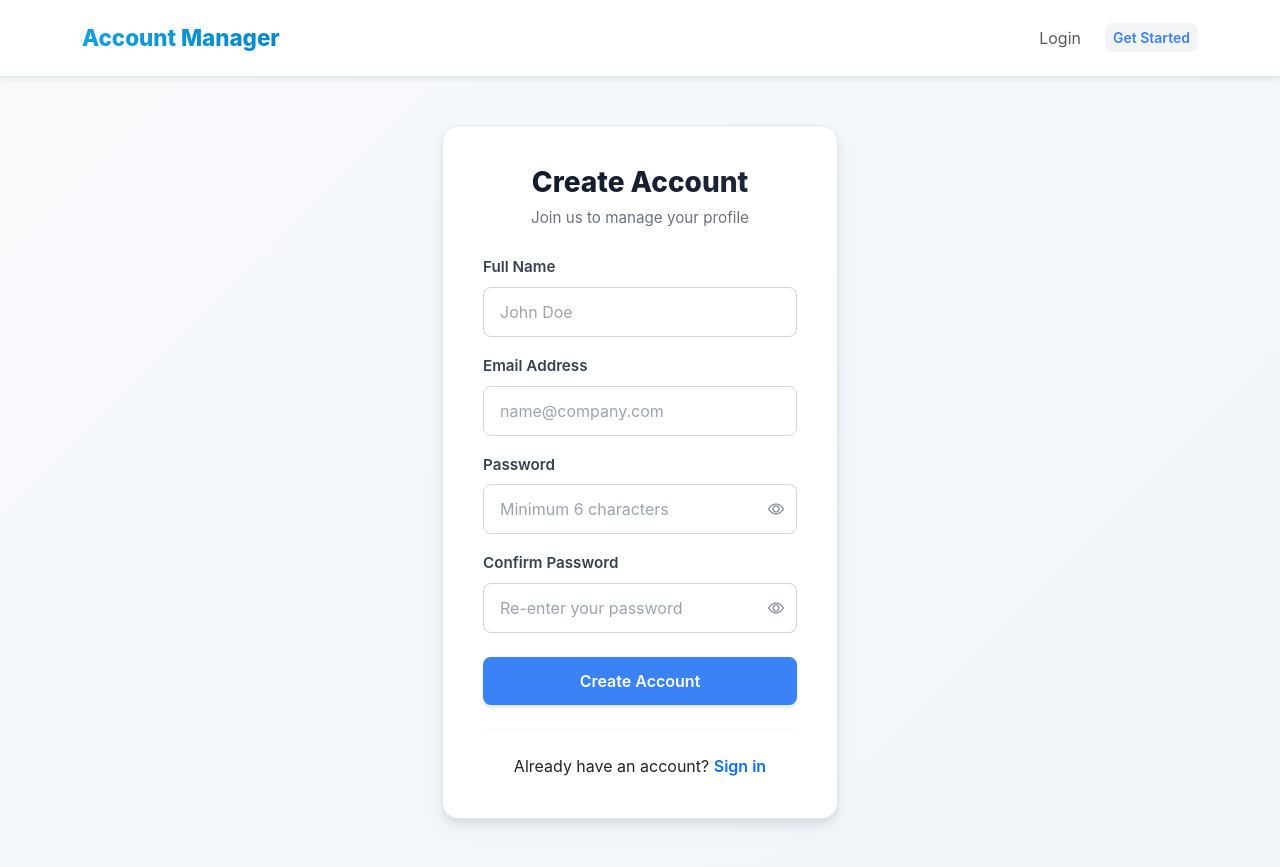
Repository: dharmik2910/Chaintech-Account-Manager
Page: /register
These files come from the project's save history. The page is drawn as it stood at one moment and after the next save; the edit follows.
The browser window is 1280 px wide. The pictures show the whole page.
The project was rebuilt for these pictures with package versions that can differ from the ones it lists, and the page was loaded fresh each time. Also part of the build but not shown: vite.config.js, src/pages/AccountPage.jsx, src/pages/LoginPage.jsx.

Above is the page before, as saved 2025-12-16 20:24:38.

### index.html
<!doctype html>
<html lang="en">
  <head>
    <meta charset="UTF-8" />
    <link rel="icon" type="image/svg+xml" href="/vite.svg" />
    <meta name="viewport" content="width=device-width, initial-scale=1.0" />
    <!-- Bootstrap Icons for simple eye / eye-slash icons -->
    <link
      rel="stylesheet"
      href="https://cdn.jsdelivr.net/npm/bootstrap-icons@1.11.3/font/bootstrap-icons.min.css"
    />
    <title>chaintech</title>
  </head>
  <body>
    <div id="root"></div>
    <script type="module" src="/src/main.jsx"></script>
  </body>
</html>

### src/main.jsx
import { StrictMode } from 'react'
import { createRoot } from 'react-dom/client'
import { BrowserRouter } from 'react-router-dom'
import 'bootstrap/dist/css/bootstrap.min.css'
import './index.css'
import App from './App.jsx'
import { AuthProvider } from './AuthContext.jsx'

createRoot(document.getElementById('root')).render(
  <StrictMode>
    <BrowserRouter>
      <AuthProvider>
        <App />
      </AuthProvider>
    </BrowserRouter>
  </StrictMode>,
)

### src/index.css
* {
  -webkit-font-smoothing: antialiased;
  -moz-osx-font-smoothing: grayscale;
}

body {
  margin: 0;
  min-height: 100vh;
  font-family: -apple-system, BlinkMacSystemFont, 'Segoe UI', 'Roboto', 'Oxygen',
    'Ubuntu', 'Cantarell', 'Fira Sans', 'Droid Sans', 'Helvetica Neue',
    sans-serif;
  background-color: #f5f6fa;
  color: #1f2937;
}

### src/App.jsx
import { Link, Navigate, Route, Routes, useNavigate } from 'react-router-dom'
import './App.css'
import { useAuth } from './AuthContext.jsx'
import AccountPage from './pages/AccountPage.jsx'
import LoginPage from './pages/LoginPage.jsx'
import RegisterPage from './pages/RegisterPage.jsx'

// Simple layout with a top navbar
function Layout({ children }) {
  const { currentUser, logout } = useAuth()
  const navigate = useNavigate()

  const handleLogout = () => {
    logout()
    navigate('/login')
  }

  return (
    <div className="app-root">
      <nav className="navbar navbar-expand-lg">
        <div className="container">
          <Link className="navbar-brand" to="/">
            Account Manager
          </Link>
          <button
            className="navbar-toggler"
            type="button"
            data-bs-toggle="collapse"
            data-bs-target="#mainNavbar"
            aria-controls="mainNavbar"
            aria-expanded="false"
            aria-label="Toggle navigation"
          >
            <span className="navbar-toggler-icon" />
          </button>
          <div className="collapse navbar-collapse" id="mainNavbar">
            <ul className="navbar-nav ms-auto align-items-lg-center gap-lg-2">
              {currentUser ? (
                <>
                  <li className="nav-item me-lg-2">
                    <span className="navbar-text small">Signed in as {currentUser.name}</span>
                  </li>
                  <li className="nav-item mt-2 mt-lg-0">
                    <button className="btn btn-outline-light btn-sm" onClick={handleLogout}>
                      Logout
                    </button>
                  </li>
                </>
              ) : (
                <>
                  <li className="nav-item">
                    <Link className="nav-link" to="/login">
                      Login
                    </Link>
                  </li>
                  <li className="nav-item">
                    <Link className="btn btn-light btn-sm ms-lg-2 mt-2 mt-lg-0" to="/register">
                      Get Started
                    </Link>
                  </li>
                </>
              )}
            </ul>
          </div>
        </div>
      </nav>

      <main className="app-main">
        <div className="container">{children}</div>
      </main>
    </div>
  )
}

// Protect routes that require authentication
function PrivateRoute({ children }) {
  const { currentUser, initialised } = useAuth()

  if (!initialised) {
    return (
      <div className="text-center mt-5">
        <div className="spinner-border text-primary" role="status">
          <span className="visually-hidden">Loading...</span>
        </div>
      </div>
    )
  }

  if (!currentUser) {
    return <Navigate to="/login" replace />
  }

  return children
}

function App() {
  return (
    <Layout>
      <Routes>
        <Route path="/" element={<Navigate to="/account" replace />} />
        <Route path="/login" element={<LoginPage />} />
        <Route path="/register" element={<RegisterPage />} />
        <Route
          path="/account"
          element={
            <PrivateRoute>
              <AccountPage />
            </PrivateRoute>
          }
        />
        <Route path="*" element={<Navigate to="/" replace />} />
      </Routes>
    </Layout>
  )
}

export default App

### src/AuthContext.jsx
import { createContext, useContext, useEffect, useState } from 'react'

// Key used to store users and current session in localStorage
const STORAGE_KEY = 'account_manager_users'
const CURRENT_USER_KEY = 'account_manager_current_user'

const AuthContext = createContext(null)

// Simple helper to read users from localStorage
function loadUsers() {
  try {
    const raw = localStorage.getItem(STORAGE_KEY)
    if (!raw) return []
    return JSON.parse(raw)
  } catch {
    return []
  }
}

// Simple helper to write users to localStorage
function saveUsers(users) {
  localStorage.setItem(STORAGE_KEY, JSON.stringify(users))
}

// Simple helper to read current user from localStorage
function loadCurrentUser() {
  try {
    const raw = localStorage.getItem(CURRENT_USER_KEY)
    if (!raw) return null
    return JSON.parse(raw)
  } catch {
    return null
  }
}

// Simple helper to write current user to localStorage
function saveCurrentUser(user) {
  if (!user) {
    localStorage.removeItem(CURRENT_USER_KEY)
  } else {
    localStorage.setItem(CURRENT_USER_KEY, JSON.stringify(user))
  }
}

export function AuthProvider({ children }) {
  const [users, setUsers] = useState([])
  const [currentUser, setCurrentUser] = useState(null)
  const [initialised, setInitialised] = useState(false)

  // Load any existing data when the app first mounts
  useEffect(() => {
    const storedUsers = loadUsers()
    const storedCurrentUser = loadCurrentUser()
    setUsers(storedUsers)
    setCurrentUser(storedCurrentUser)
    setInitialised(true)
  }, [])

  // Register a new account
  const register = ({ name, email, password }) => {
    // Basic duplicate email check
    const existing = users.find((u) => u.email.toLowerCase() === email.toLowerCase())
    if (existing) {
      throw new Error('An account with this email already exists.')
    }

    const newUser = {
      id: Date.now().toString(),
      name,
      email,
      password,
    }

    const updatedUsers = [...users, newUser]
    setUsers(updatedUsers)
    saveUsers(updatedUsers)

    // Automatically log the user in after registration
    setCurrentUser(newUser)
    saveCurrentUser(newUser)
  }

  // Log in with an existing account
  const login = ({ email, password }) => {
    const user = users.find(
      (u) => u.email.toLowerCase() === email.toLowerCase() && u.password === password,
    )
    if (!user) {
      throw new Error('Invalid email or password.')
    }
    setCurrentUser(user)
    saveCurrentUser(user)
  }

  // Log out the current user
  const logout = () => {
    setCurrentUser(null)
    saveCurrentUser(null)
  }

  // Update the current user's profile
  const updateProfile = ({ name, email, password }) => {
    if (!currentUser) return

    // Make sure we are not taking another user's email
    const emailTakenByAnother = users.find(
      (u) => u.email.toLowerCase() === email.toLowerCase() && u.id !== currentUser.id,
    )
    if (emailTakenByAnother) {
      throw new Error('Another account is already using this email.')
    }

    const updatedUser = {
      ...currentUser,
      name,
      email,
      password: password || currentUser.password, // Keep old password if none provided
    }

    const updatedUsers = users.map((u) => (u.id === currentUser.id ? updatedUser : u))
    setUsers(updatedUsers)
    saveUsers(updatedUsers)
    setCurrentUser(updatedUser)
    saveCurrentUser(updatedUser)
  }

  // Delete the current user's account
  const deleteAccount = () => {
    if (!currentUser) return

    const updatedUsers = users.filter((u) => u.id !== currentUser.id)
    setUsers(updatedUsers)
    saveUsers(updatedUsers)
    setCurrentUser(null)
    saveCurrentUser(null)
  }

  const value = {
    initialised,
    users,
    currentUser,
    register,
    login,
    logout,
    updateProfile,
    deleteAccount,
  }

  return <AuthContext.Provider value={value}>{children}</AuthContext.Provider>
}

export function useAuth() {
  const ctx = useContext(AuthContext)
  if (!ctx) {
    throw new Error('useAuth must be used within an AuthProvider')
  }
  return ctx
}

### src/App.css
.app-root {
  min-height: 100vh;
  display: flex;
  flex-direction: column;
  background: linear-gradient(135deg, #f8fafc 0%, #f1f5f9 100%);
}

.app-main {
  flex: 1;
  display: flex;
  align-items: center;
  justify-content: center;
  padding: 3rem 1rem;
}

.auth-wrapper {
  width: 100%;
  max-width: 420px;
  animation: fadeInUp 0.6s ease-out;
}

.account-wrapper {
  width: 100%;
  max-width: 620px;
  animation: fadeInUp 0.6s ease-out;
}

@keyframes fadeInUp {
  from {
    opacity: 0;
    transform: translateY(20px);
  }
  to {
    opacity: 1;
    transform: translateY(0);
  }
}

.card {
  border-radius: 16px;
  border: 1px solid #e2e8f0;
  box-shadow: 0 4px 6px rgba(0, 0, 0, 0.07), 0 10px 20px rgba(0, 0, 0, 0.05);
  transition: all 0.3s ease;
  background-color: white;
  overflow: hidden;
}

.card:hover {
  box-shadow: 0 12px 24px rgba(0, 0, 0, 0.1);
  transform: translateY(-4px);
}

.card-body {
  padding: 2.5rem;
}

.card-title {
  font-weight: 800;
  font-size: 1.75rem;
  background: linear-gradient(135deg, #0f172a 0%, #1e293b 100%);
  -webkit-background-clip: text;
  -webkit-text-fill-color: transparent;
  background-clip: text;
  margin-bottom: 0.5rem;
}

.navbar {
  background: white;
  box-shadow: 0 2px 8px rgba(0, 0, 0, 0.08);
  border-bottom: 1px solid #e2e8f0;
  padding: 1rem 0;
}

.navbar-brand {
  font-weight: 800;
  font-size: 1.4rem;
  background: linear-gradient(135deg, #0ea5e9 0%, #0284c7 100%);
  -webkit-background-clip: text;
  -webkit-text-fill-color: transparent;
  background-clip: text;
}

.navbar-text {
  color: #475569 !important;
  font-weight: 600;
  font-size: 0.95rem;
}

.form-label {
  font-weight: 600;
  color: #374151;
  margin-bottom: 0.5rem;
  font-size: 0.95rem;
}

.form-control {
  border-radius: 8px;
  border: 1.5px solid #d1d5db;
  padding: 0.75rem 1rem;
  font-size: 1rem;
  transition: all 0.3s ease;
  background-color: white;
}

.form-control:focus {
  background-color: white;
  border-color: #3b82f6;
  box-shadow: 0 0 0 3px rgba(59, 130, 246, 0.1);
}

.form-control.is-invalid {
  border-color: #dc2626;
}

.form-control.is-invalid:focus {
  border-color: #dc2626;
  box-shadow: 0 0 0 3px rgba(220, 38, 38, 0.1);
}

.invalid-feedback {
  color: #dc2626;
  font-size: 0.875rem;
  margin-top: 0.375rem;
  font-weight: 500;
  display: block;
}

.form-control::placeholder {
  color: #9ca3af;
}

.btn-primary {
  background-color: #3b82f6;
  border: none;
  border-radius: 8px;
  padding: 0.75rem 1.5rem;
  font-weight: 600;
  font-size: 1rem;
  transition: all 0.3s ease;
  box-shadow: 0 2px 4px rgba(59, 130, 246, 0.2);
}

.btn-primary:hover:not(:disabled) {
  background-color: #2563eb;
  box-shadow: 0 4px 8px rgba(59, 130, 246, 0.3);
}

.btn-primary:active:not(:disabled) {
  background-color: #1d4ed8;
}

.btn-primary:disabled {
  opacity: 0.6;
  cursor: not-allowed;
}

.btn-outline-light {
  border-radius: 8px;
  font-weight: 600;
  transition: all 0.3s ease;
  color: #1f2937 !important;
  border: 1.5px solid #d1d5db;
  background-color: transparent;
}

.btn-outline-light:hover {
  background-color: #f9fafb;
  border-color: #9ca3af;
}

.btn-light {
  border-radius: 8px;
  font-weight: 600;
  transition: all 0.3s ease;
  background-color: #f3f4f6;
  color: #3b82f6 !important;
  border: none;
}

.btn-light:hover {
  background-color: #e5e7eb;
}

.input-group .form-control {
  border-radius: 8px 0 0 8px;
}

.password-toggle-btn {
  border-color: #d1d5db;
  background-color: white;
  color: #6b7280;
  border: 1.5px solid #d1d5db;
  border-left: none;
  border-radius: 0 8px 8px 0;
  transition: all 0.3s ease;
}

.password-toggle-btn:hover,
.password-toggle-btn:focus {
  border-color: #3b82f6;
  background-color: #f0f9ff;
  color: #3b82f6;
  box-shadow: none;
}

.password-toggle-btn .bi {
  font-size: 1rem;
}

.alert {
  border-radius: 8px;
  border: none;
  animation: slideDown 0.3s ease-out;
  font-weight: 500;
  margin-bottom: 1.5rem;
  border-left: 4px solid;
}

@keyframes slideDown {
  from {
    opacity: 0;
    transform: translateY(-8px);
  }
  to {
    opacity: 1;
    transform: translateY(0);
  }
}

.alert-danger {
  background-color: #fef2f2;
  color: #991b1b;
  border-left-color: #dc2626;
}

.alert-success {
  background-color: #f0fdf4;
  color: #166534;
  border-left-color: #22c55e;
}

.link-primary {
  color: #3b82f6;
  font-weight: 600;
  text-decoration: none;
  transition: all 0.3s ease;
}

.link-primary:hover {
  color: #2563eb;
  text-decoration: underline;
}

hr {
  border: none;
  border-top: 1px solid #e5e7eb;
  margin: 1.5rem 0;
}

.text-muted {
  color: #6b7280 !important;
  font-size: 0.95rem;
}

.text-center {
  text-align: center;
}

.spinner-border {
  border-width: 3px;
  color: #3b82f6;
}

.account-field p {
  margin-bottom: 0.5rem;
  color: #1f2937;
  font-size: 1.05rem;
}

.account-field .text-muted {
  font-weight: 600;
  text-transform: uppercase;
  font-size: 0.8rem;
  letter-spacing: 0.5px;
}

.btn-outline-secondary {
  border-color: #d1d5db;
  color: #6b7280;
  transition: all 0.3s ease;
}

.btn-outline-secondary:hover {
  background-color: #f3f4f6;
  border-color: #9ca3af;
  color: #374151;
}

.btn-link {
  text-decoration: none;
  font-weight: 600;
  font-size: 0.95rem;
}

@media (max-width: 768px) {
  .card-body {
    padding: 2rem;
  }
  .card-title {
    font-size: 1.5rem;
  }
  .app-main {
    padding: 2rem 1rem;
  }
  .navbar-brand {
    font-size: 1.2rem;
  }
}
}

Loaded but not shown: src/pages/RegisterPage.jsx (211 lines, source omitted)

After the next save:
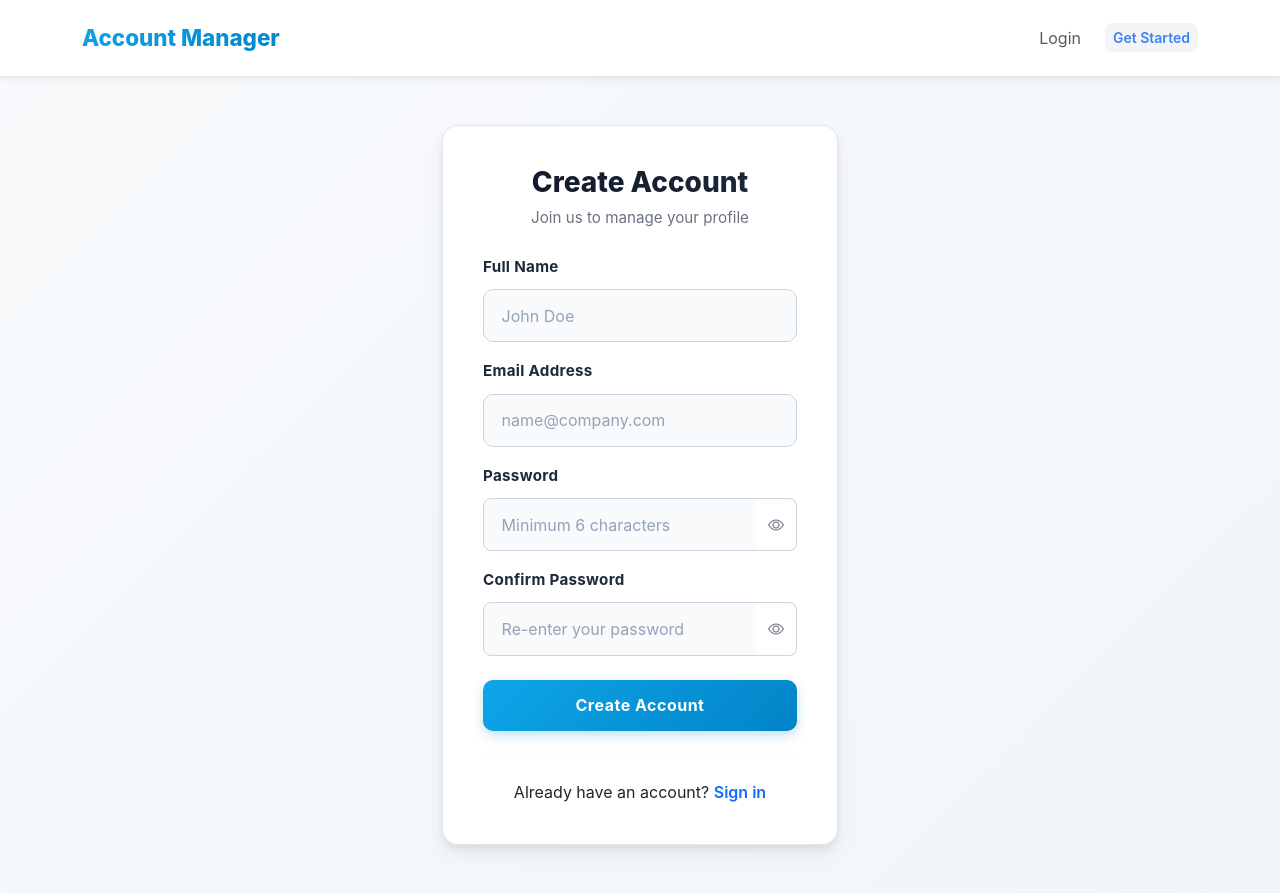
Saved 22 s later.
--- a/src/App.css
+++ b/src/App.css
@@ -87,66 +87,84 @@
 }
 
 .form-label {
-  font-weight: 600;
-  color: #374151;
-  margin-bottom: 0.5rem;
+  font-weight: 700;
+  color: #1e293b;
+  margin-bottom: 0.65rem;
   font-size: 0.95rem;
+  letter-spacing: 0.3px;
 }
 
 .form-control {
-  border-radius: 8px;
-  border: 1.5px solid #d1d5db;
-  padding: 0.75rem 1rem;
+  border-radius: 10px;
+  border: 1.5px solid #cbd5e1;
+  padding: 0.85rem 1.1rem;
   font-size: 1rem;
   transition: all 0.3s ease;
+  background-color: #f8fafc;
+  font-weight: 500;
+}
+
+.form-control:hover:not(:focus) {
+  border-color: #94a3b8;
   background-color: white;
 }
 
 .form-control:focus {
   background-color: white;
-  border-color: #3b82f6;
-  box-shadow: 0 0 0 3px rgba(59, 130, 246, 0.1);
+  border-color: #0284c7;
+  box-shadow: 0 0 0 4px rgba(2, 132, 199, 0.1), inset 0 0 0 1px rgba(2, 132, 199, 0.05);
+  outline: none;
 }
 
 .form-control.is-invalid {
-  border-color: #dc2626;
+  border-color: #ef4444;
+  background-color: #fef2f2;
 }
 
 .form-control.is-invalid:focus {
-  border-color: #dc2626;
-  box-shadow: 0 0 0 3px rgba(220, 38, 38, 0.1);
+  border-color: #ef4444;
+  box-shadow: 0 0 0 4px rgba(239, 68, 68, 0.1), inset 0 0 0 1px rgba(239, 68, 68, 0.05);
 }
 
 .invalid-feedback {
   color: #dc2626;
-  font-size: 0.875rem;
-  margin-top: 0.375rem;
-  font-weight: 500;
+  font-size: 0.85rem;
+  margin-top: 0.5rem;
+  font-weight: 600;
   display: block;
 }
 
 .form-control::placeholder {
-  color: #9ca3af;
+  color: #94a3b8;
+  font-weight: 400;
 }
 
 .btn-primary {
-  background-color: #3b82f6;
+  background: linear-gradient(135deg, #0ea5e9 0%, #0284c7 100%);
   border: none;
-  border-radius: 8px;
-  padding: 0.75rem 1.5rem;
-  font-weight: 600;
+  border-radius: 10px;
+  padding: 0.85rem 1.75rem;
+  font-weight: 700;
   font-size: 1rem;
   transition: all 0.3s ease;
-  box-shadow: 0 2px 4px rgba(59, 130, 246, 0.2);
+  box-shadow: 0 4px 12px rgba(2, 132, 199, 0.25);
+  letter-spacing: 0.5px;
 }
 
 .btn-primary:hover:not(:disabled) {
-  background-color: #2563eb;
-  box-shadow: 0 4px 8px rgba(59, 130, 246, 0.3);
+  background: linear-gradient(135deg, #06b6d4 0%, #0891b2 100%);
+  box-shadow: 0 6px 16px rgba(2, 132, 199, 0.35);
+  transform: translateY(-2px);
 }
 
 .btn-primary:active:not(:disabled) {
-  background-color: #1d4ed8;
+  transform: translateY(0);
+  box-shadow: 0 2px 8px rgba(2, 132, 199, 0.25);
+}
+
+.btn-primary:disabled {
+  opacity: 0.65;
+  cursor: not-allowed;
 }
 
 .btn-primary:disabled {
